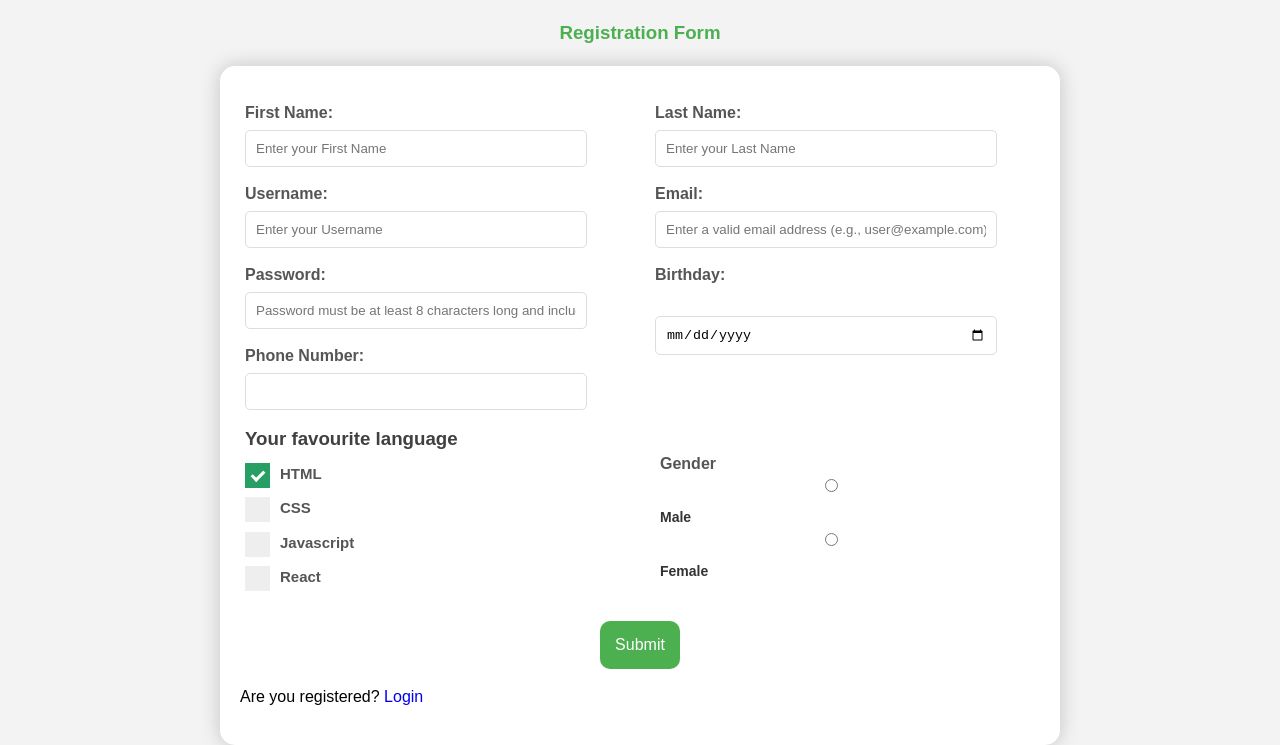
Repository: alizey12/Regestratin-Form-js
Page: regester.html
An editor plug-in stored every save of this project. The page is shown before and after the next save, followed by the edit.
The browser window is 1280 px wide. The pictures show the whole page.

Above is the page before, as saved 2024-11-29 19:48:01.
Console error: SyntaxError: Unexpected token '='

### regester.html
<!DOCTYPE html>
<html lang="en">
<head>
    <meta charset="UTF-8">
    <meta name="viewport" content="width=device-width, initial-scale=1.0">
    <link rel="stylesheet" href="regester.css">
    <title>Registration Form</title>
</head>
<body>
    <h3>Registration Form</h3>
    <div class="main">
        <form id="signupForm" action="">
            <div class="grid-container">
                <div>
                    <label for="first">First Name:</label>
                    <input type="text" id="first" name="first" placeholder="Enter your First Name" required>

                    <label for="username">Username:</label>
                    <input type="text" id="username" name="username" placeholder="Enter your Username" required>

                    <label for="password">
                        Password:
                    </label>
                    <input type="password" id="password" name="password"   pattern="^(?=.*[A-Za-z])(?=.*\d)[A-Za-z\d]{8,}$"
                   placeholder="Password must be at least 8 characters long and include at least one letter and one number.">

                    <label for="quantity">Phone Number:</label>
                    <input type="number" id="quantity" name="quantity" min="1" max="15">

                    <h3 class="heading">Your favourite language</h3>
                    <label class="container">HTML
                        <input type="checkbox" checked="checked">
                        <span class="checkmark"></span>
                      </label>

                      <label class="container">CSS
                        <input type="checkbox">
                        <span class="checkmark"></span>
                      </label>

                      <label class="container">Javascript
                        <input type="checkbox">
                        <span class="checkmark"></span>
                      </label>

                      <label class="container">React
                        <input type="checkbox">
                        <span class="checkmark"></span>
                      </label>


                </div>
                <div>
                    <label for="second">Last Name:</label>
                    <input type="text" id="second" name="second" placeholder="Enter your Last Name" required>

                    <label for="first">
                        Email:
                    </label>
                    <input type="email" id="email" name="email"  pattern="^[a-zA-Z0-9._%+-]+@[a-zA-Z0-9.-]+\.[a-zA-Z]{2,}$"

                        placeholder="Enter a valid email address (e.g., user@example.com)" required>


                    <label for="birthday">Birthday:</label>
                    <br>
                    <input type="date" id="birthday" name="birthday">
                    <div class="gen-rad">
                        <p>Gender</p>
                        <input type="radio" id="male" name="gender" value="male">
                        <label for="male">Male</label>
                        <input type="radio" id="female" name="gender" value="female">
                        <label for="female">Female</label>
                    </div>


                </div>
            </div>
            <div class="wrap">
                <button type="submit">Submit</button>
            </div>
        </form>
        <p>Are you registered?
            <a href="signin.html" style="text-decoration: none;">Login</a>
        </p>
    </div>
    <script src="Regester.js"></script>
</body>
</html>

### regester.css
 body {
    display: flex;
    align-items: center;
    justify-content: center;
    font-family: sans-serif;
    line-height: 1.5;
    min-height: 100vh;
    background: #f3f3f3;
    flex-direction: column;
    margin: 0;
}

.main {
    background-color: #fff;
    border-radius: 15px;
    box-shadow: 0 0 20px rgba(0, 0, 0, 0.2);
    padding: 20px;
    transition: transform 0.2s;
    width: 800px;
}

h3 {
    color: #4CAF50;
    text-align: center;
}

label {
    display: block;
    margin-top: 10px;
    margin-bottom: 5px;
    text-align: left;
    color: #555;
    font-weight: bold;
}

input {
    display: block;
    width: 90%;
    margin-bottom: 15px;
    padding: 10px;
    box-sizing: border-box;
    border: 1px solid #ddd;
    border-radius: 5px;
}

button {
    padding: 15px;
    border-radius: 10px;
    margin-top: 15px;
    border: none;
    color: white;
    cursor: pointer;
    background-color: #4CAF50;
    font-size: 16px;
}

.wrap {
    display: flex;
    justify-content: center;
    align-items: center;
}

.grid-container {
    display: grid;

    grid-template-columns: 1fr 1fr;
    gap: 20px;
}

.grid-container div {
    padding: 5px;
}


.container {
    display: block;
    position: relative;
    padding-left: 35px;
    margin-bottom: 12px;
    cursor: pointer;
    font-size: 15px;
    -webkit-user-select: none;
    -moz-user-select: none;
    -ms-user-select: none;
    user-select: none;
  }
  .gen-rad{
    margin-top: 20%;
  }
  .container input {
    position: absolute;
    opacity: 0;
    cursor: pointer;
    height: 0;
    width: 0;
  }
  .heading{
    color: rgb(65, 63, 63);
    display: contents;
  padding: 5px;
  }
  .checkmark {
    position: absolute;
    top: 0;
    left: 0;
    height: 25px;
    width: 25px;
    background-color: #eee;
  }

  .container:hover input ~ .checkmark {
    background-color: #ccc;
  }

  .container input:checked ~ .checkmark {
    background-color: #279e63;
  }

  .checkmark:after {
    content: "";
    position: absolute;
    display: none;
  }

  .container input:checked ~ .checkmark:after {
    display: block;
  }


  .container .checkmark:after {
    left: 9px;
    top: 5px;
    width: 5px;
    height: 10px;
    border: solid white;
    border-width: 0 3px 3px 0;
    -webkit-transform: rotate(45deg);
    -ms-transform: rotate(45deg);
    transform: rotate(45deg);
  }


.gen-rad p {
    margin-bottom: 1px;
    font-weight: bold;
    color: #555;
}


.gen-rad label {

    font-size: 14px;
    color: #333;
}

/*
body {
    font-family: Arial, sans-serif;
    background-color: #f4f4f4;
    display: flex;
    justify-content: center;
    align-items: center;
    height: 100vh;
    margin: 0;
}

.container {
    background-color: #fff;
    padding: 20px;
    border-radius: 5px;
    box-shadow: 0 0 10px rgba(0, 0, 0, 0.1);
}

h1 {
    margin-bottom: 20px;
}

label {
    display: block;
    margin-bottom: 5px;
}

input {
    width: 100%;
    padding: 10px;
    margin-bottom: 10px;
    border: 1px solid #ccc;
    border-radius: 5px;
}

button {
    width: 100%;
    padding: 10px;
    background-color: #28a745;
    color: #fff;
    border: none;
    border-radius: 5px;
    cursor: pointer;
}

button:hover {
    background-color: #218838;
} */

### Regester.js
document.getElementById('signupForm').addEventListener('submit', function(event) {
    event.preventDefault();
    const username = document.getElementById('username').value;
    const email = document.getElementById('email').value;
    const  password = document.getElementById('password').value;
    const  Quantity= document.getElementById('quantity').value;
    const  = document.getElementById('password').value;
    const  = document.getElementById('password').value;
    const  = document.getElementById('password').value;
    console.log('Username:', username);
    console.log('Email:', email);
    console.log('Password:', password);

    alert('Signup successful!');
});

After the next save:
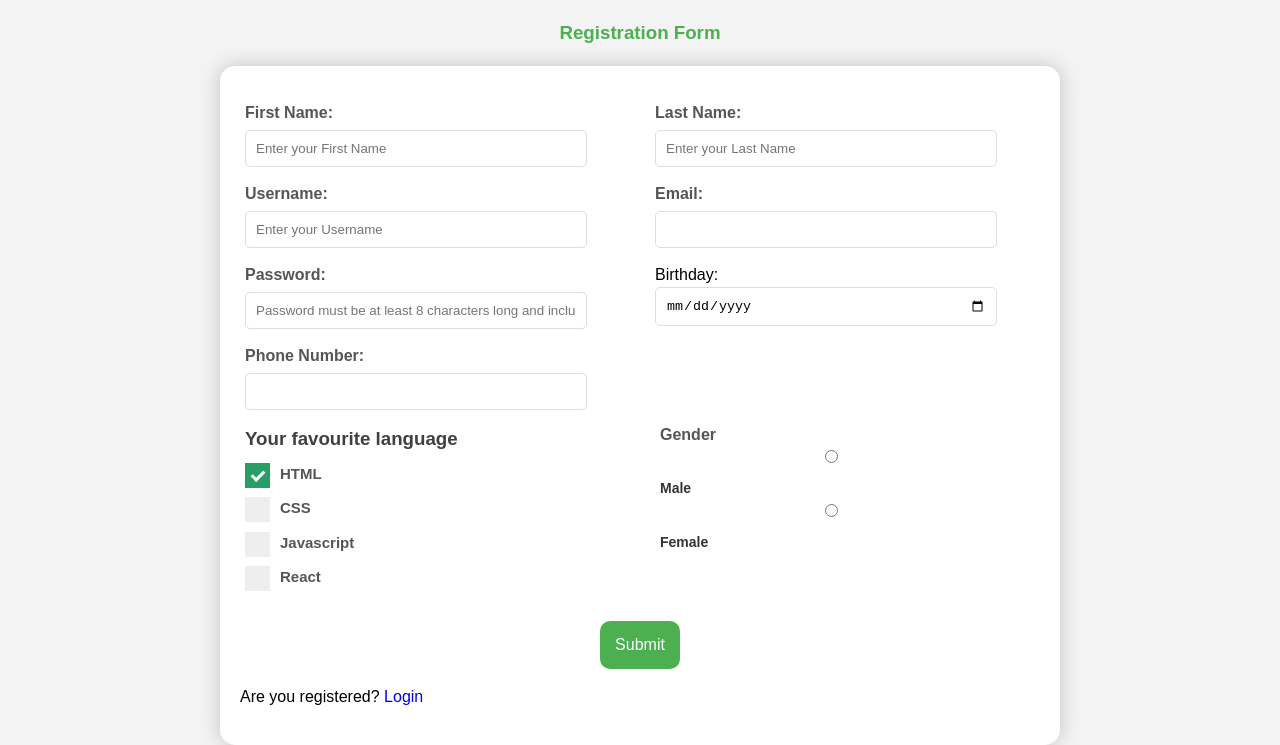
Saved 5 s later.
--- a/regester.html
+++ b/regester.html
@@ -59,7 +59,6 @@
                     </label>
                     <input type="email" id="email" name="email"  pattern="^[a-zA-Z0-9._%+-]+@[a-zA-Z0-9.-]+\.[a-zA-Z]{2,}$"
 
-                        placeholder="Enter a valid email address (e.g., user@example.com)" required>
 
 
                     <label for="birthday">Birthday:</label>
